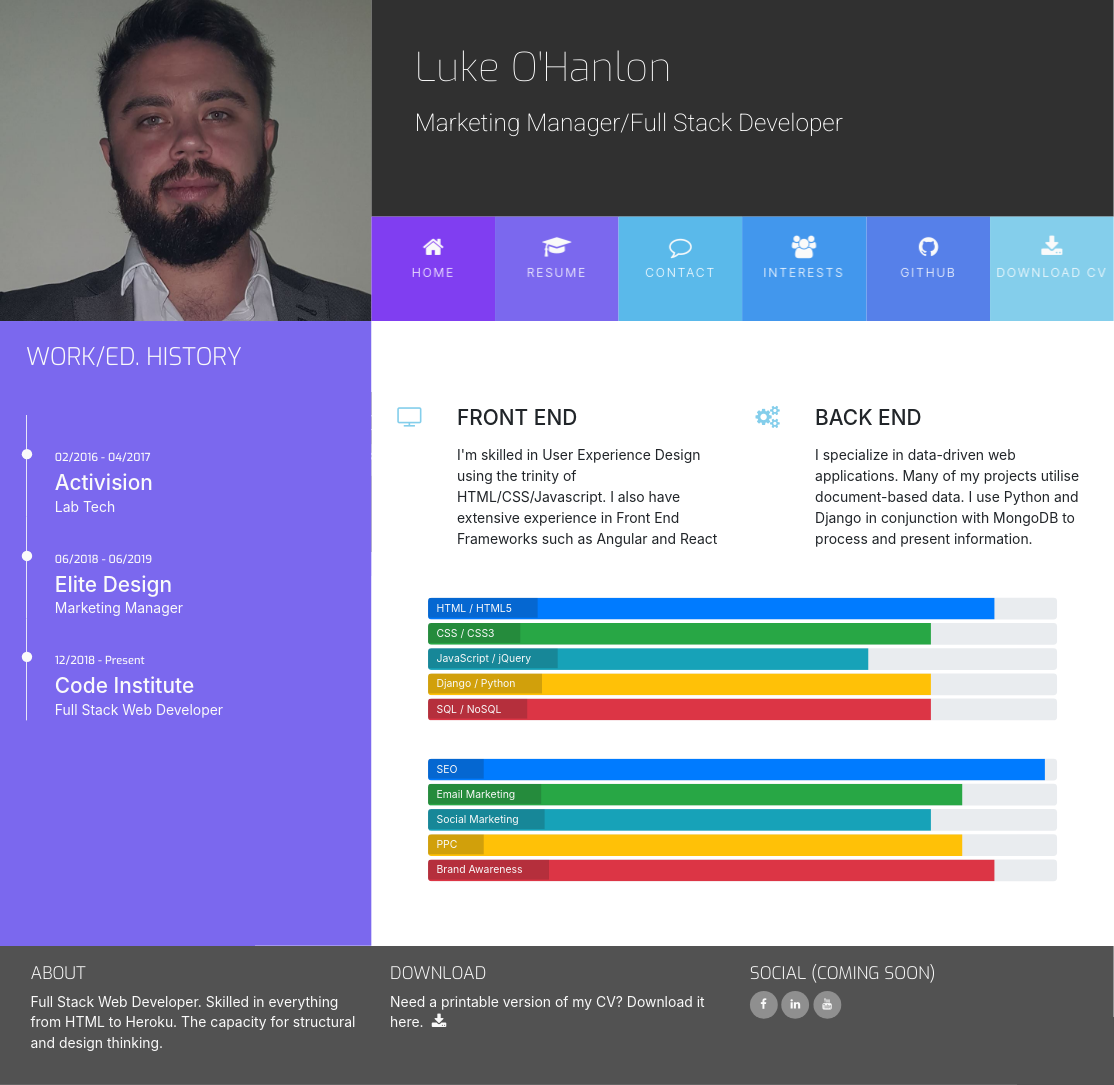
Repository: luke0han/my-resume
Page: resume.html
The author's editor kept a record of every edit. The page is drawn from the files as they stood at one moment, then again after the next edit.
The browser window is 1280 px wide. The pictures show the whole page, at 87% of full size.
Some web libraries are served in a nearby version.

Above is the page before.

### resume.html
<!DOCTYPE html>
<html lang="en">

<head>
    <meta charset="UTF-8">
    <meta name="viewport" content="width=device-width, initial-scale=1.0">
    <meta http-equiv="X-UA-Compatible" content="ie=edge">
    <link rel="stylesheet" href="https://maxcdn.bootstrapcdn.com/bootstrap/4.2.1/css/bootstrap.min.css" type="text/css" />
    <link rel="stylesheet" href="https://maxcdn.bootstrapcdn.com/font-awesome/4.7.0/css/font-awesome.min.css" type="text/css" />
    <link rel="stylesheet" href="https://cdnjs.cloudflare.com/ajax/libs/hover.css/2.1.1/css/hover-min.css" type="text/css" />
    <link rel="stylesheet" href="assets/css/style.css">
    <title>Luke O'Hanlon</title>
</head>

<body>
    <header>
        <div class="row no-gutters">
            <a class="col-md-4 logo" href="02-index.html"></a>
            <div class="col-md-8">
                <div class="row no-gutters bg-color-name-title">
                    <div class="col heading">
                        <h1 class="name">Luke O'Hanlon</h1>
                        <h2 class="title">Marketing Manager/Full Stack Developer</h2>
                    </div>
                </div>
                <div class="row no-gutters">
                    <div class="col">
                        <ul id="nav" class="list-inline menucontainer">
                            <li class="col-6 col-sm-2 ui-menu-color-home list-inline-item menuitem">
                                <a href="index.html" class="hvr-sweep-to-bottom"><i class="fa fa-home" aria-hidden="true"></i><span>Home</span></a>
                            </li>
                            <li class="col-6 col-sm-2 ui-menu-color-resume list-inline-item menuitem">
                                <a href="resume.html" class="hvr-sweep-to-bottom"><i class="fa fa-graduation-cap" aria-hidden="true"></i><span>Resume</span></a>
                            </li>
                            <li class="col-6 col-sm-2 ui-menu-color-contact list-inline-item menuitem">
                                <a href="contact.html" class="hvr-sweep-to-bottom"><i class="fa fa-comment-o" aria-hidden="true"></i><span>Contact</span></a>
                            </li>
                            <li class="col-6 col-sm-2 ui-menu-color-interests list-inline-item menuitem">
                                <a href="interests.html" class="hvr-sweep-to-bottom"><i class="fa fa-users" aria-hidden="true"></i><span>Interests</span></a>
                            </li>
                            <li class="col-6 col-sm-2 ui-menu-color-github list-inline-item menuitem">
                                <a href="github.html" class="hvr-sweep-to-bottom"><i class="fa fa-github" aria-hidden="true"></i><span>GitHub</span></a>
                            </li>
                            <li class="col-6 col-sm-2 ui-menu-color-download list-inline-item menuitem">
                                <a href="assets/cv/Luke O'Hanlon.pdf" target="_blank" class="hvr-sweep-to-bottom"><i class="fa fa-download" aria-hidden="true"></i><span>Download CV</span></a>
                            </li>
                        </ul>
                    </div>
                </div>
            </div>
        </div>
    </header>
    <section class="container-fluid">
        <div class="row">
            <div class="col-md-4 bg-color-work-history section-column">
                <div class="row">
                    <div class="col-12">
                        <h3 class="history-heading uppercase">
                            Work/Ed. History
                        </h3>
                    </div>
                </div>
                <div class="history-items">
                    <div class="timeline-item" data-dates="02/2016 - 04/2017">
                        <h4>Activision</h4>
                        <p>Lab Tech</p>
                    </div>

                    <div class="timeline-item" data-dates="06/2018 - 06/2019">
                        <h4>Elite Design</h4>
                        <p>Marketing Manager</p>
                    </div>
                    <div class="timeline-item" data-dates="12/2018 - Present">
                        <h4>Code Institute</h4>
                        <p>Full Stack Web Developer</p>
                    </div>
                </div>
            </div>
            <div class="col-md-8 bg-color-three-reasons section-column">
                <div class="row">
                    <div class="col">
                        <h3 class="section-heading uppercase">My Skills</h3>
                    </div>
                </div>
                <div class="row">
                    <div class="col-10 offset-1 offset-sm-0 col-sm-4 col-md-6">
                        <div class="row">
                            <div class="col-2">
                                <i class="three-reasons-icon fa fa-tv" aria-hidden="true"></i>
                            </div>
                            <div class="col-10">
                                <h4 class="three-reasons-heading uppercase">Front End</h4>
                                <p>
                                    I'm skilled in User Experience Design using the trinity of HTML/CSS/Javascript. I also have extensive experience in Front End Frameworks such as Angular and React
                                </p>
                            </div>
                        </div>
                    </div>
                    <div class="col-10 offset-1 offset-sm-0 col-sm-4 col-md-6">
                        <div class="row">
                            <div class="col-2">
                                <i class="three-reasons-icon fa fa-gears" aria-hidden="true"></i>
                            </div>
                            <div class="col-10">
                                <h4 class="three-reasons-heading uppercase">Back End</h4>
                                <p>
                                    I specialize in data-driven web applications. Many of my projects utilise document-based data. I use Python and Django in conjunction with MongoDB to process and present information.
                                </p>
                            </div>
                        </div>
                    </div>
                </div>
                <div class="row progress-section">
                    <div class="col">
                        <div class="progress">
                            <div class="progress-bar" role="progressbar" aria-valuenow="90" aria-valuemin="0" aria-valuemax="100" style="width:90%;">
                                <span class="sr-only">90% complete</span>
                            </div>
                            <span class="progress-type">HTML / HTML5</span>
                        </div>
                        <div class="progress">
                            <div class="progress-bar bg-success" role="progressbar" aria-valuenow="80" aria-valuemin="0" aria-valuemax="100" style="width:80%;">
                                <span class="sr-only">80% complete</span>
                            </div>
                            <span class="progress-type">CSS / CSS3</span>
                        </div>
                        <div class="progress">
                            <div class="progress-bar bg-info" role="progressbar" aria-valuenow="70" aria-valuemin="0" aria-valuemax="100" style="width:70%;">
                                <span class="sr-only">70% complete</span>
                            </div>
                            <span class="progress-type">JavaScript / jQuery</span>
                        </div>
                        <div class="progress">
                            <div class="progress-bar bg-warning" role="progressbar" aria-valuenow="80" aria-valuemin="0" aria-valuemax="100" style="width:80%;">
                                <span class="sr-only">80% complete</span>
                            </div>
                            <span class="progress-type">Django / Python</span>
                        </div>
                        <div class="progress">
                            <div class="progress-bar bg-danger" role="progressbar" aria-valuenow="80" aria-valuemin="0" aria-valuemax="100" style="width:80%;">
                                <span class="sr-only">60% complete</span>
                            </div>
                            <span class="progress-type">SQL / NoSQL</span>
                        </div>
                    </div>

                </div>
                <div class="row progress-section">
                    <div class="col">
                        <div class="progress">
                            <div class="progress-bar" role="progressbar" aria-valuenow="90" aria-valuemin="0" aria-valuemax="100" style="width:98%;">
                                <span class="sr-only">98% complete</span>
                            </div>
                            <span class="progress-type">SEO</span>
                        </div>
                        <div class="progress">
                            <div class="progress-bar bg-success" role="progressbar" aria-valuenow="80" aria-valuemin="0" aria-valuemax="100" style="width:85%;">
                                <span class="sr-only">85% complete</span>
                            </div>
                            <span class="progress-type">Email Marketing</span>
                        </div>
                        <div class="progress">
                            <div class="progress-bar bg-info" role="progressbar" aria-valuenow="70" aria-valuemin="0" aria-valuemax="100" style="width:80%;">
                                <span class="sr-only">80% complete</span>
                            </div>
                            <span class="progress-type">Social Marketing</span>
                        </div>
                        <div class="progress">
                            <div class="progress-bar bg-warning" role="progressbar" aria-valuenow="80" aria-valuemin="0" aria-valuemax="100" style="width:85%;">
                                <span class="sr-only">85% complete</span>
                            </div>
                            <span class="progress-type">PPC</span>
                        </div>
                        <div class="progress">
                            <div class="progress-bar bg-danger" role="progressbar" aria-valuenow="80" aria-valuemin="0" aria-valuemax="100" style="width:90%;">
                                <span class="sr-only">90% complete</span>
                            </div>
                            <span class="progress-type">Brand Awareness</span>
                        </div>
                    </div>

                </div>
            </div>
        </div>

    </section>
    <footer class="container-fluid">
        <div id="footer-details" class="row">
            <div class="col-sm-4">
                <h5 class="uppercase general-sub">About</h5>
                <p class="inline-block">
                    Full Stack Web Developer. Skilled in everything from HTML to Heroku. The capacity for structural and design thinking.
                </p>
            </div>
            <div class="col-sm-4">
                <h5 class="uppercase general-sub">Download</h5>
                <p class="inline-block">
                    Need a printable version of my CV? Download it here.
                    <a href="assets/cv/Luke O'Hanlon.pdf" target="_blank" class="cv-pdf">
                        <i class="fa fa-download" aria-hidden="true"></i>
                        <span class="sr-only">Download link.</span>
                    </a>
                </p>
            </div>
            <div class="col-sm-4">
                <h5 class="uppercase general-sub">Social (Coming Soon)</h5>
                <ul class="list-inline social-links">
                    <li class="list-inline-item">
                        <a target="_blank" href="#">
                            <i class="fa fa-facebook" aria-hidden="true"></i>
                            <span class="sr-only">Facebook</span>
                        </a>
                    </li>
                    <li class="list-inline-item">
                        <a target="_blank" href="#">
                            <i class="fa fa-linkedin" aria-hidden="true"></i>
                            <span class="sr-only">LinkedIn</span>
                        </a>
                    </li>
                    <li class="list-inline-item">
                        <a target="_blank" href="#">
                            <i class="fa fa-youtube" aria-hidden="true"></i>
                            <span class="sr-only">YouTube</span>
                        </a>
                    </li>
                </ul>
            </div>
        </div>
    </footer>
</body>

</html>

### assets/css/style.css
@import url('https://fonts.googleapis.com/css?family=Lato:300,400|Roboto:100,200,300,400,500,600,700|Exo:100,200,300,400,500,600,700');
/*****************************************COLORS***************************************/

.bg-color-name-title {
    background-color: #303030;
}

.bg-color-three-reasons{
    background-color: #fff;
}
.ui-menu-color-home {
    background-color: #803ef1;
}

.ui-menu-color-resume {
    background-color: #7B68EE;
}

.ui-menu-color-contact {
    background-color: #5ab9ea;
}

.ui-menu-color-download {
    background-color: #84ceeb;
}

.bg-color-personal-info {
    background-color: #803ef1;
}

.bg-color-work-history {
    background-color: #7B68EE;
}

.ui-menu-color-interests {
    background-color: #4297ed;
}


.ui-menu-color-github {
    background-color: #5680e9;
}

/*****************************************Special paddings/margins/text***************************************/

h1,
h2,
h3,
h4 {
    margin: 0;
}

.uppercase {
    text-transform: uppercase;
}

.construction {
    font-size: 9px;
    font-weight: lighter;
    text-align: center;
}

.general-sub {
    font-family: "Exo", sans-serif;
    font-weight: 300;
    color: #fafafa;
}

.inline-block {
    display: inline-block;
}

.row-table {
    display: table;
}

.section-column {
    display: table-cell;
    padding: 0 30px 30px;
    float: none;
}
.history-heading,
.section-heading {
    font-family: "Exo", sans-serif;
    font-weight: 300;
    margin-top:25px;
    margin-bottom: 40px;
    color: #fff;
}

.heading-home {
    margin-top: -25px;
}

/*****************************************HEADING***************************************/

header {
    margin: 0;
}

.heading {
    margin-left: 50px;
}

.logo {
    background: url("../images/luke.jpg");
    background-position: center;
    background-repeat: no-repeat;
    background-size: cover;
    min-height: 360px;
    transition: all .5s ease-in-out;
    -moz-transition: all .5s ease-in-out;
    -webkit-transition: all .5s ease-in-out;
}

.name {
    font-family: "Exo", sans-serif;
    font-weight: 100;
    font-size: 46px;
    margin-top: 50px;
    color: #fff;
}

.title {
    font-family: "Roboto", sans-serif;
    font-weight: 200;
    font-size: 28px;
    margin-top: 20px;
    margin-bottom: 90px;
    color: #fff;
}

.list-inline-item:not(:last-child) {
    margin: 0;
}

.menucontainer {
    font-size: 0;
}

#nav {
    margin: 0;
}

#nav li {
    font-size: 14px;
    padding: 0;
}

.menuitem {
    height: 120px;
    text-align: center;
    padding: 0;
}

.menuitem a {
    width: 100%;
    text-decoration: none;
    color: #fff;
    height: 120px;
}

.menuitem a i {
    padding-top: 22px;
    display: block;
    color: #fafafa;
    font-size: 26px;
}

.menuitem span {
    display: block;
    width: 100%;
    padding-top: 5px;
    text-align: center;
    text-transform: uppercase;
    font-size: 14px;
    font-weight: 300;
    letter-spacing: 2px;
}

/*****************************************HOVER.CSS***************************************/

.hvr-sweep-to-bottom:before {
    background: rgba(0, 0, 0, 0.2);
    height: 120px;
}

/*****************************************Footer***************************************/

footer {
    background-color: #525252;
    color: #fafafa;
    min-height: 120px;
    margin: 0;
}

.cv-pdf i {
    font-size: 18px;
    color:#fafafa;
    text-align: center;
    padding-left: 5px;

}

.cv-pdf i:hover {
    color: #8860d0;
    transition: all 0.35s ease-in-out;
    -moz-transition: all 0.35s ease-in-out;
    -webkit-transition: all 0.35s ease-in-out;
    -o-transition: all 0.35s ease-in-out;
}

.social-links {
    padding-bottom: 15px;
}

.social-links li a i {
    width: 32px;
    height: 32px;
    padding: 12px 0;
    border-radius: 50%;
    font-size: 13px;
    line-height: 7px;
    text-align: center;
    color:#fafafa;
    background: #8f8f8f;
    transition: all 0.35s ease-in-out;
    -moz-transition: all 0.35s ease-in-out;
    -webkit-transition: all 0.35s ease-in-out;
    -o-transition: all 0.35s ease-in-out;
}

.social-links li a i:hover {
    background-color: #5ab9ea;
}

#footer-details {
    padding: 20px;
}

/*****************************************Three Reasons***************************************/

.three-reasons-icon {
    font-size:26px;
    color:#84ceeb;
}

.three-reasons-heading {
    margin-bottom: 15px;
}

/*****************************************Personal Info***************************************/

.personal-info-item {
    margin-bottom: 20px;
    display: block;
    clear: both;
     color: #fff;
}

.personal-info-item .key,
.personal-info-item .value {
    padding-right: 8px;
    display: inline-block;
}

.personal-info-item .key p,
.personal-info-item .value p {
    margin:0;
}

.personal-info-item .key {
    width:30%;
    margin-right: 21px;
    padding-top:2px;
    vertical-align: top;
}

.personal-info-item .key p {
    font-weight: 700;
}

.personal-info-item .value {
    position: relative;
    width:60%;
}

/*****************************************Skills***************************************/

.progress {
    position: relative;
    height: 25px;
    margin-bottom: 4px;
}

.progress-type {
    position: absolute;
    left: 0px;
    font-weight: 400;
    padding: 3px 30px 2px 10px;
    color: #fafafa;
    background-color: rgba(25, 25, 25, 0.2);
}

.progress-section {
    margin: 40px 20px;
}

/*****************************************Work History***************************************/

.history-heading {
    color: #fafafa;
    margin-bottom: 50px;
}

.timeline-item {
    padding: 4em 2em 0em 2em;
    position: relative;
    color: #fafafa;
    border-left: 1px solid;
}

.timeline-item p {
    padding: 0;
    margin: 0;
}

.timeline-item:before {
    content: attr(data-dates);
    position: absolute;
    left: 2.5em;
    top: 3em;
    display: block;
    font-family: "Exo", sans-serif;
    font-weight: 500;
    font-size: 0.8em;
    padding: 0;
    margin: 0;
}

.timeline-item:after {
    width: 12px;
    height: 12px;
    display: block;
    top: 2.4em;
    position: absolute;
    left: -6px;
    border-radius: 12px;
    content: '';
    background: #fafafa;
}

.history-items {
    margin-bottom: 30px;
}

/*****************************************Contact Form***************************************/

.contact-heading {
    font-family: "Exo", sans-serif;
    font-weight: 300;
    margin-top: 25px;
    margin-bottom: 20px;
}

.center-form {
    padding-top: 10px;
    margin: 0 auto;
    max-width: 70%;
}

button[type="submit"] {
    margin-top: 15px;
    margin-bottom: 80px;
    color: #fafafa;
    background-color: #5ab9ea;

}
.contact-btn {
    background-color: #5ab9ea;
    margin: 10px 0 40px 0;
}

.contact-btn:active {
    background-color: #44b5ed;
    padding: 1.1em 1em 1.1em 1em;
}
.contact-btn:hover {
    background-color: #3eb4ef;
}

#map {min-height: 360px;}

/*****************************************Media Queries***************************************/

@media(min-width: 992px) {
    .center-form {
        padding-top: 30px;
        min-height: 240px;
        margin: 0 auto;
        max-width: 50%;
    }
}

After the next edit:
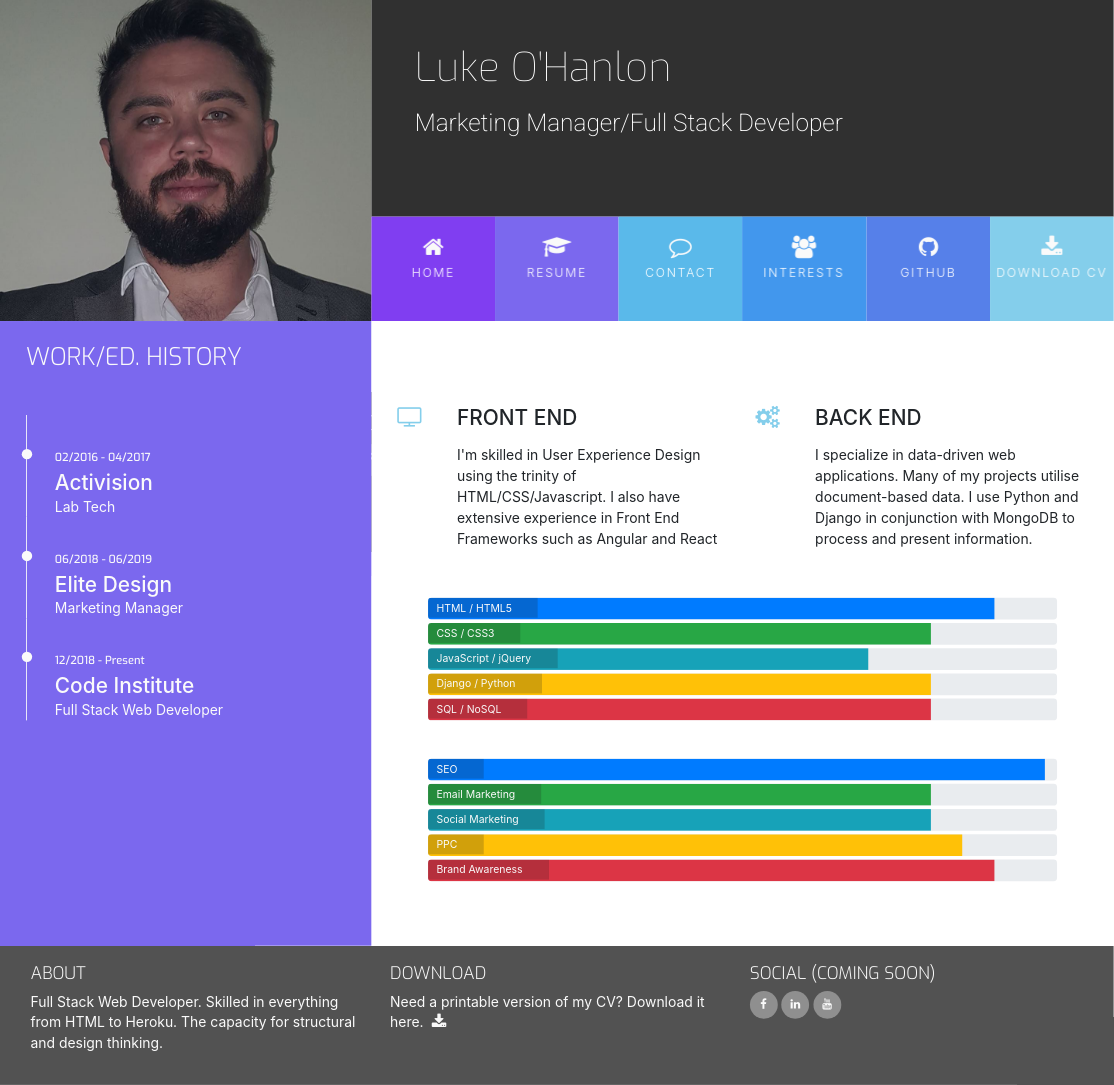
The edit:
--- a/resume.html
+++ b/resume.html
@@ -154,8 +154,8 @@
                             <span class="progress-type">SEO</span>
                         </div>
                         <div class="progress">
-                            <div class="progress-bar bg-success" role="progressbar" aria-valuenow="80" aria-valuemin="0" aria-valuemax="100" style="width:85%;">
-                                <span class="sr-only">85% complete</span>
+                            <div class="progress-bar bg-success" role="progressbar" aria-valuenow="80" aria-valuemin="0" aria-valuemax="100" style="width:80%;">
+                                <span class="sr-only">80% complete</span>
                             </div>
                             <span class="progress-type">Email Marketing</span>
                         </div>
